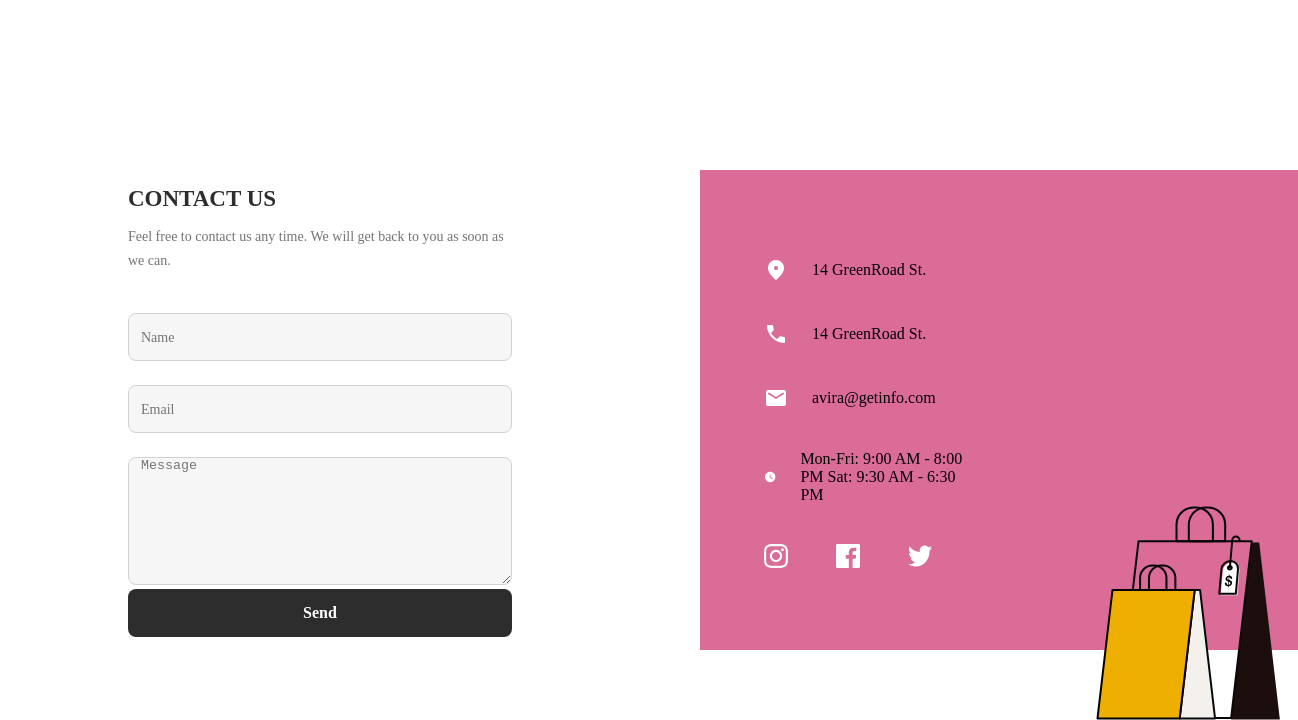
Repository: MehdiKerimov/figma-task-27
Page: pages/contactPage/index.html
The author's editor kept a copy of each file at every save. The page is drawn from the files as they stood at one save, then again after a run of saves.
The browser window is 1280 px wide. The page is 1298 px wide, so the pictures cover 1298 px, including what lies to the right of the window. The pictures show the whole page.
The style sheet was rebuilt from its Sass, Less or Tailwind sources for each picture, by a compiler version that may differ from the author's.

Above is the page before, as saved 2024-02-25 16:40:20.

### pages/contactPage/index.html
<!DOCTYPE html>
<html lang="en">
  <head>
    <meta charset="UTF-8" />
    <meta name="viewport" content="width=device-width, initial-scale=1.0" />
    <title>Document</title>
    <link rel="stylesheet" href="../../css/reset.css" />
    <link rel="stylesheet" href="index.css" />
  </head>
  <body>
    <div class="container">
      <div class="left-container">
        <form action="">
          <h1>CONTACT US</h1>
          <p>
            Feel free to contact us any time. We will get back to you as soon as
            we can.
          </p>
          <label for="">
            <input type="text" placeholder="Name" />
          </label>
          <label for="">
            <input type="email" placeholder="Email" />
          </label>
          <label for="">
<textarea name="" id="" placeholder="Message"></textarea>          </label>

          <button>Send</button>
        </form>
      </div>

      <div class="right-container">
        <ul>
          <li>
            <svg
              xmlns="http://www.w3.org/2000/svg"
              width="24"
              height="24"
              viewBox="0 0 24 24"
              fill="none"
            >
              <path
                d="M12 12C12.55 12 13.021 11.804 13.413 11.412C13.8043 11.0207 14 10.55 14 10C14 9.45 13.8043 8.979 13.413 8.587C13.021 8.19567 12.55 8 12 8C11.45 8 10.9793 8.19567 10.588 8.587C10.196 8.979 10 9.45 10 10C10 10.55 10.196 11.0207 10.588 11.412C10.9793 11.804 11.45 12 12 12ZM12 22C9.31667 19.7167 7.31267 17.5957 5.988 15.637C4.66267 13.679 4 11.8667 4 10.2C4 7.7 4.80433 5.70833 6.413 4.225C8.021 2.74167 9.88333 2 12 2C14.1167 2 15.979 2.74167 17.587 4.225C19.1957 5.70833 20 7.7 20 10.2C20 11.8667 19.3377 13.679 18.013 15.637C16.6877 17.5957 14.6833 19.7167 12 22Z"
                fill="white"
              />
            </svg>
            <p>14 GreenRoad St.</p>
          </li>
          <li>
            <svg
              xmlns="http://www.w3.org/2000/svg"
              width="24"
              height="24"
              viewBox="0 0 24 24"
              fill="none"
            >
              <path
                d="M19.95 21C17.8 21 15.7043 20.5207 13.663 19.562C11.621 18.604 9.81267 17.3373 8.238 15.762C6.66267 14.1873 5.396 12.379 4.438 10.337C3.47933 8.29567 3 6.2 3 4.05C3 3.75 3.1 3.5 3.3 3.3C3.5 3.1 3.75 3 4.05 3H8.1C8.33333 3 8.54167 3.075 8.725 3.225C8.90833 3.375 9.01667 3.56667 9.05 3.8L9.7 7.3C9.73333 7.53333 9.72933 7.74567 9.688 7.937C9.646 8.129 9.55 8.3 9.4 8.45L7 10.9C7.7 12.1 8.575 13.225 9.625 14.275C10.675 15.325 11.8333 16.2333 13.1 17L15.45 14.65C15.6 14.5 15.796 14.3873 16.038 14.312C16.2793 14.2373 16.5167 14.2167 16.75 14.25L20.2 14.95C20.4333 15 20.625 15.1123 20.775 15.287C20.925 15.4623 21 15.6667 21 15.9V19.95C21 20.25 20.9 20.5 20.7 20.7C20.5 20.9 20.25 21 19.95 21Z"
                fill="white"
              />
            </svg>
            <p>14 GreenRoad St.</p>
          </li>
          <li>
            <svg
              xmlns="http://www.w3.org/2000/svg"
              width="24"
              height="24"
              viewBox="0 0 24 24"
              fill="none"
            >
              <path
                d="M4 20C3.45 20 2.97933 19.8043 2.588 19.413C2.196 19.021 2 18.55 2 18V6C2 5.45 2.196 4.97933 2.588 4.588C2.97933 4.196 3.45 4 4 4H20C20.55 4 21.021 4.196 21.413 4.588C21.8043 4.97933 22 5.45 22 6V18C22 18.55 21.8043 19.021 21.413 19.413C21.021 19.8043 20.55 20 20 20H4ZM12 12.825C12.0833 12.825 12.1707 12.8123 12.262 12.787C12.354 12.7623 12.4417 12.725 12.525 12.675L19.6 8.25C19.7333 8.16667 19.8333 8.06267 19.9 7.938C19.9667 7.81267 20 7.675 20 7.525C20 7.19167 19.8583 6.94167 19.575 6.775C19.2917 6.60833 19 6.61667 18.7 6.8L12 11L5.3 6.8C5 6.61667 4.70833 6.61233 4.425 6.787C4.14167 6.96233 4 7.20833 4 7.525C4 7.69167 4.03333 7.83733 4.1 7.962C4.16667 8.08733 4.26667 8.18333 4.4 8.25L11.475 12.675C11.5583 12.725 11.646 12.7623 11.738 12.787C11.8293 12.8123 11.9167 12.825 12 12.825Z"
                fill="white"
              />
            </svg>
            <p>avira@getinfo.com</p>
          </li>
          <li>
            <svg
              xmlns="http://www.w3.org/2000/svg"
              width="24"
              height="24"
              viewBox="0 0 24 24"
              fill="none"
            >
              <path
                d="M12 2C10.6868 2 9.38642 2.25866 8.17317 2.7612C6.95991 3.26375 5.85752 4.00035 4.92893 4.92893C3.05357 6.8043 2 9.34784 2 12C2 14.6522 3.05357 17.1957 4.92893 19.0711C5.85752 19.9997 6.95991 20.7362 8.17317 21.2388C9.38642 21.7413 10.6868 22 12 22C14.6522 22 17.1957 20.9464 19.0711 19.0711C20.9464 17.1957 22 14.6522 22 12C22 10.6868 21.7413 9.38642 21.2388 8.17317C20.7362 6.95991 19.9997 5.85752 19.0711 4.92893C18.1425 4.00035 17.0401 3.26375 15.8268 2.7612C14.6136 2.25866 13.3132 2 12 2ZM16.2 16.2L11 13V7H12.5V12.2L17 14.9L16.2 16.2Z"
                fill="white"
              />
            </svg>
            <p>Mon-Fri: 9:00 AM - 8:00 PM Sat: 9:30 AM - 6:30 PM</p>
          </li>
        </ul>
        <div class="a-1">
          <a href="https://www.instagram.com/"
            ><svg
              xmlns="http://www.w3.org/2000/svg"
              width="24"
              height="24"
              viewBox="0 0 24 24"
              fill="none"
            >
              <g clip-path="url(#clip0_127_79)">
                <path
                  fill-rule="evenodd"
                  clip-rule="evenodd"
                  d="M7.05273 0.072C8.33236 0.0130909 8.74036 0 12 0C15.2596 0 15.6676 0.0141818 16.9462 0.072C18.2247 0.129818 19.0975 0.333818 19.8611 0.629455C20.6607 0.931636 21.3862 1.404 21.9862 2.01491C22.5971 2.61382 23.0684 3.33818 23.3695 4.13891C23.6662 4.90255 23.8691 5.77527 23.928 7.05164C23.9869 8.33346 24 8.74146 24 12C24 15.2596 23.9858 15.6676 23.928 16.9473C23.8702 18.2236 23.6662 19.0964 23.3695 19.86C23.0684 20.6608 22.5963 21.3864 21.9862 21.9862C21.3862 22.5971 20.6607 23.0684 19.8611 23.3695C19.0975 23.6662 18.2247 23.8691 16.9484 23.928C15.6676 23.9869 15.2596 24 12 24C8.74036 24 8.33236 23.9858 7.05273 23.928C5.77636 23.8702 4.90364 23.6662 4.14 23.3695C3.33919 23.0683 2.61362 22.5963 2.01382 21.9862C1.40332 21.3869 0.930889 20.6617 0.629455 19.8611C0.333818 19.0975 0.130909 18.2247 0.072 16.9484C0.0130909 15.6665 0 15.2585 0 12C0 8.74036 0.0141818 8.33236 0.072 7.05382C0.129818 5.77527 0.333818 4.90255 0.629455 4.13891C0.931334 3.33827 1.40413 2.61307 2.01491 2.01382C2.61386 1.40346 3.3387 0.931029 4.13891 0.629455C4.90255 0.333818 5.77527 0.130909 7.05164 0.072H7.05273ZM16.8491 2.232C15.5836 2.17418 15.204 2.16218 12 2.16218C8.796 2.16218 8.41636 2.17418 7.15091 2.232C5.98036 2.28545 5.34545 2.48073 4.92218 2.64545C4.36255 2.86364 3.96218 3.12218 3.54218 3.54218C3.14405 3.92951 2.83765 4.40104 2.64545 4.92218C2.48073 5.34545 2.28545 5.98036 2.232 7.15091C2.17418 8.41636 2.16218 8.796 2.16218 12C2.16218 15.204 2.17418 15.5836 2.232 16.8491C2.28545 18.0196 2.48073 18.6545 2.64545 19.0778C2.83745 19.5982 3.144 20.0705 3.54218 20.4578C3.92945 20.856 4.40182 21.1625 4.92218 21.3545C5.34545 21.5193 5.98036 21.7145 7.15091 21.768C8.41636 21.8258 8.79491 21.8378 12 21.8378C15.2051 21.8378 15.5836 21.8258 16.8491 21.768C18.0196 21.7145 18.6545 21.5193 19.0778 21.3545C19.6375 21.1364 20.0378 20.8778 20.4578 20.4578C20.856 20.0705 21.1625 19.5982 21.3545 19.0778C21.5193 18.6545 21.7145 18.0196 21.768 16.8491C21.8258 15.5836 21.8378 15.204 21.8378 12C21.8378 8.796 21.8258 8.41636 21.768 7.15091C21.7145 5.98036 21.5193 5.34545 21.3545 4.92218C21.1364 4.36255 20.8778 3.96218 20.4578 3.54218C20.0705 3.14408 19.5989 2.83768 19.0778 2.64545C18.6545 2.48073 18.0196 2.28545 16.8491 2.232ZM10.4673 15.6993C11.3233 16.0556 12.2764 16.1037 13.1639 15.8353C14.0514 15.567 14.8182 14.9988 15.3334 14.2279C15.8485 13.457 16.0801 12.5311 15.9884 11.6085C15.8968 10.6858 15.4876 9.82361 14.8309 9.16909C14.4123 8.7507 13.906 8.43034 13.3487 8.23107C12.7914 8.0318 12.1968 7.95858 11.6078 8.01667C11.0188 8.07477 10.45 8.26274 9.94233 8.56705C9.43468 8.87136 9.00081 9.28445 8.67197 9.77657C8.34312 10.2687 8.12748 10.8276 8.04056 11.413C7.95365 11.9985 7.99762 12.596 8.16932 13.1624C8.34101 13.7288 8.63616 14.2501 9.03351 14.6888C9.43087 15.1275 9.92054 15.4726 10.4673 15.6993ZM7.63855 7.63855C8.2113 7.06579 8.89126 6.61146 9.6396 6.30149C10.3879 5.99151 11.19 5.83197 12 5.83197C12.81 5.83197 13.6121 5.99151 14.3604 6.30149C15.1087 6.61146 15.7887 7.06579 16.3615 7.63855C16.9342 8.2113 17.3885 8.89126 17.6985 9.6396C18.0085 10.3879 18.168 11.19 18.168 12C18.168 12.81 18.0085 13.6121 17.6985 14.3604C17.3885 15.1087 16.9342 15.7887 16.3615 16.3615C15.2047 17.5182 13.6359 18.168 12 18.168C10.3641 18.168 8.79528 17.5182 7.63855 16.3615C6.48182 15.2047 5.83197 13.6359 5.83197 12C5.83197 10.3641 6.48182 8.79528 7.63855 7.63855ZM19.536 6.75055C19.6779 6.61666 19.7916 6.45565 19.8701 6.27706C19.9487 6.09847 19.9907 5.90593 19.9935 5.71083C19.9964 5.51574 19.9601 5.32205 19.8867 5.14125C19.8134 4.96044 19.7045 4.79619 19.5665 4.65822C19.4285 4.52026 19.2643 4.41137 19.0835 4.33802C18.9027 4.26467 18.709 4.22834 18.5139 4.23118C18.3188 4.23403 18.1263 4.27599 17.9477 4.35458C17.7691 4.43317 17.6081 4.54679 17.4742 4.68873C17.2138 4.96476 17.0712 5.33141 17.0768 5.71083C17.0823 6.09026 17.2355 6.4526 17.5038 6.72092C17.7721 6.98924 18.1345 7.14243 18.5139 7.14796C18.8933 7.15349 19.26 7.01093 19.536 6.75055Z"
                  fill="white"
                />
              </g>
              <defs>
                <clipPath id="clip0_127_79">
                  <rect width="24" height="24" fill="white" />
                </clipPath>
              </defs></svg
          ></a>
          <a href="https://www.facebook.com/"
            ><svg
              xmlns="http://www.w3.org/2000/svg"
              width="24"
              height="24"
              viewBox="0 0 24 24"
              fill="none"
            >
              <g clip-path="url(#clip0_127_89)">
                <path
                  d="M22.67 0H1.33C0.978071 0.00261668 0.641298 0.143581 0.39244 0.39244C0.143581 0.641298 0.00261668 0.978071 0 1.33V22.67C0.00261668 23.0219 0.143581 23.3587 0.39244 23.6076C0.641298 23.8564 0.978071 23.9974 1.33 24H12.82V14.72H9.7V11.09H12.82V8.42C12.82 5.32 14.71 3.63 17.49 3.63C18.42 3.63 19.35 3.63 20.28 3.77V7H18.37C16.86 7 16.57 7.72 16.57 8.77V11.08H20.17L19.7 14.71H16.57V24H22.67C23.0219 23.9974 23.3587 23.8564 23.6076 23.6076C23.8564 23.3587 23.9974 23.0219 24 22.67V1.33C23.9974 0.978071 23.8564 0.641298 23.6076 0.39244C23.3587 0.143581 23.0219 0.00261668 22.67 0Z"
                  fill="white"
                />
              </g>
              <defs>
                <clipPath id="clip0_127_89">
                  <rect width="24" height="24" fill="white" />
                </clipPath>
              </defs></svg
          ></a>
          <a href="https://twitter.com/i/flow/login"
            ><svg
              xmlns="http://www.w3.org/2000/svg"
              width="24"
              height="22"
              viewBox="0 0 24 22"
              fill="none"
            >
              <path
                d="M24 2.99454C23.1174 3.4046 22.157 3.69972 21.1676 3.81466C22.1948 3.15743 22.9639 2.11912 23.3308 0.894539C22.367 1.51208 21.3111 1.94511 20.2101 2.17442C19.7499 1.64453 19.1933 1.2224 18.575 0.934326C17.9567 0.646252 17.2899 0.49841 16.6163 0.500013C13.8906 0.500013 11.6986 2.8796 11.6986 5.79971C11.6986 6.20977 11.7447 6.61983 11.8197 7.01436C7.73849 6.78448 4.09855 4.68448 1.67864 1.46924C1.23771 2.2804 1.00665 3.204 1.00949 4.14394C1.00949 5.983 1.87766 7.60459 3.20154 8.55829C2.42136 8.5252 1.65944 8.29423 0.977767 7.88418V7.94942C0.977767 10.5247 2.66795 12.6589 4.92056 13.1497C4.49761 13.268 4.06251 13.3286 3.62553 13.3299C3.30537 13.3299 3.00252 13.2957 2.69679 13.2491C3.31979 15.3491 5.134 16.8744 7.29432 16.9241C5.60413 18.35 3.48708 19.1888 1.18832 19.1888C0.775868 19.1888 0.395145 19.1732 0 19.1235C2.18051 20.6302 4.7677 21.5 7.5539 21.5C16.599 21.5 21.5484 13.4293 21.5484 6.42412C21.5484 6.19424 21.5484 5.96436 21.534 5.73448C22.4915 4.9796 23.3308 4.04454 24 2.99454Z"
                fill="white"
              /></svg
          ></a>
        </div>
      </div>
      <svg class="bottom-img" xmlns="http://www.w3.org/2000/svg" width="184" height="214" viewBox="0 0 184 214" fill="none">
        <path d="M97.5006 1.49594H99.9113C104.417 1.49594 108.738 3.29997 111.924 6.51116C115.11 9.72234 116.899 14.0777 116.899 18.619V35.15H80.5126V18.619C80.5126 14.0777 82.3024 9.72234 85.4882 6.51116C88.6741 3.29997 92.9951 1.49594 97.5006 1.49594V1.49594Z" stroke="#070707" stroke-width="2" stroke-linecap="round" stroke-linejoin="round"/>
        <path d="M109.777 1.49594H112.191C116.696 1.49594 121.017 3.29997 124.203 6.51116C127.389 9.72234 129.179 14.0777 129.179 18.619V35.15H92.7894V18.619C92.7894 16.3703 93.2288 14.1437 94.0825 12.0663C94.9362 9.9888 96.1876 8.10118 97.765 6.51116C99.3425 4.92114 101.215 3.65987 103.276 2.79935C105.337 1.93884 107.547 1.49594 109.777 1.49594Z" stroke="#070707" stroke-width="2" stroke-linecap="round" stroke-linejoin="round"/>
        <path d="M183.862 213.541H135.124L155.784 36.5874H163.198L183.862 213.541Z" fill="#1C0E0C"/>
        <path d="M155.784 35.1474L135.124 212.101H21.8649L42.528 35.1474H155.784Z" stroke="#070707" stroke-width="2" stroke-linecap="round" stroke-linejoin="round"/>
        <path d="M141.33 89.1713H124.739L126.853 64.8154C127.253 60.1986 131.292 56.4556 135.872 56.4556C140.455 56.4556 143.843 60.1986 143.443 64.8154L141.33 89.1713Z" fill="white"/>
        <path d="M139.871 87.7004H123.28L125.393 63.3446C125.796 58.7278 129.833 54.9847 134.416 54.9847C138.996 54.9847 142.387 58.7278 141.984 63.3446L139.871 87.7004Z" stroke="#070707" stroke-width="2" stroke-linecap="round" stroke-linejoin="round"/>
        <path d="M135.004 63.0278C135.75 62.3083 135.824 61.1666 135.17 60.4779C134.516 59.7892 133.381 59.8141 132.636 60.5337C131.89 61.2532 131.816 62.3948 132.47 63.0836C133.124 63.7723 134.259 63.7473 135.004 63.0278Z" stroke="#070707" stroke-width="2" stroke-linecap="round" stroke-linejoin="round"/>
        <path d="M133.882 61.5299L136.247 33.8885C136.326 32.9656 136.746 32.1062 137.424 31.4803C138.102 30.8543 138.987 30.5071 139.907 30.5074C140.881 30.5074 141.817 30.8975 142.506 31.5922C143.196 32.2868 143.584 33.229 143.584 34.2117" stroke="#070707" stroke-width="2" stroke-linecap="round" stroke-linejoin="round"/>
        <path d="M132.787 78.9011C133.209 78.8336 133.601 78.6379 133.91 78.3402C134.177 78.0774 134.342 77.7271 134.375 77.3527C134.402 77.1853 134.39 77.0139 134.34 76.8519C134.291 76.6899 134.204 76.5418 134.087 76.4195C133.79 76.1599 133.44 75.9685 133.062 75.8586L132.195 75.5923C131.679 75.4544 131.178 75.262 130.702 75.0184C130.313 74.8151 129.991 74.5027 129.774 74.1188C129.536 73.6579 129.447 73.134 129.517 72.6196C129.563 71.8705 129.895 71.1684 130.443 70.6601C131.075 70.1167 131.87 69.8043 132.7 69.7735H133.574C134.001 69.8081 134.419 69.9111 134.813 70.0785C135.154 70.2317 135.449 70.4702 135.672 70.7713C135.849 70.9907 135.99 71.2378 136.088 71.5028C136.175 71.7209 136.213 71.9558 136.198 72.1904C136.171 72.4227 136.061 72.6371 135.889 72.794C135.717 72.9508 135.494 73.0395 135.262 73.0435C134.811 73.0435 134.54 72.7979 134.452 72.3068C134.414 72.0382 134.3 71.7865 134.123 71.5819C133.947 71.3773 133.715 71.2286 133.457 71.1539L132.582 71.1254C132.241 71.214 131.921 71.3705 131.641 71.5856C131.518 71.6931 131.42 71.8252 131.351 71.9734C131.282 72.1216 131.244 72.2827 131.241 72.4464C131.216 72.5935 131.223 72.7444 131.264 72.888C131.304 73.0316 131.376 73.1642 131.474 73.2761C131.727 73.5083 132.026 73.6844 132.351 73.7931L133.205 74.0516C133.759 74.2093 134.203 74.3515 134.529 74.4808C134.849 74.6087 135.14 74.8004 135.385 75.0443C135.648 75.2975 135.846 75.6104 135.965 75.9568C136.09 76.3306 136.134 76.7275 136.093 77.12C136.049 77.6476 135.879 78.1567 135.598 78.6038C135.302 79.0734 134.895 79.4616 134.413 79.7335C133.876 80.0337 133.28 80.2103 132.667 80.2505H131.79C131.313 80.2063 130.847 80.0777 130.415 79.8705C130.055 79.6952 129.734 79.4481 129.471 79.1441C129.244 78.8795 129.07 78.5732 128.958 78.2419C128.86 77.9459 128.821 77.6329 128.845 77.3217C128.877 77.0827 128.994 76.8633 129.173 76.7038C129.353 76.5443 129.583 76.4553 129.822 76.4531C130.004 76.4462 130.184 76.4969 130.335 76.5979C130.469 76.6977 130.56 76.8444 130.592 77.0089C130.662 77.3037 130.747 77.5945 130.848 77.88C130.929 78.0901 131.055 78.2791 131.218 78.4332C131.42 78.6154 131.663 78.7457 131.925 78.8132L132.787 78.9011Z" fill="#070707"/>
        <path d="M132.149 81.3025H132.118C132.07 81.2986 132.023 81.2852 131.98 81.2631C131.938 81.2409 131.9 81.2105 131.869 81.1734C131.838 81.1364 131.814 81.0936 131.8 81.0475C131.785 81.0013 131.78 80.9527 131.784 80.9044L132.831 68.8713C132.839 68.7743 132.885 68.6845 132.959 68.6217C133.033 68.559 133.128 68.5283 133.224 68.5365C133.321 68.5448 133.41 68.5912 133.472 68.6656C133.534 68.74 133.565 68.8363 133.557 68.9333L132.513 80.9665C132.504 81.0582 132.462 81.1434 132.395 81.2055C132.328 81.2677 132.24 81.3023 132.149 81.3025Z" fill="#070707"/>
        <path d="M56.3873 59.5808H58.1363C61.4053 59.5808 64.5403 60.8897 66.8518 63.2196C69.1633 65.5494 70.4619 68.7094 70.4619 72.0043V83.9987H44.0617V72.0043C44.0617 68.7094 45.3603 65.5494 47.6718 63.2196C49.9833 60.8897 53.1183 59.5808 56.3873 59.5808V59.5808Z" stroke="#070707" stroke-width="2" stroke-linecap="round" stroke-linejoin="round"/>
        <path d="M65.2942 59.5808H67.0535C70.3202 59.5849 73.4517 60.896 75.7599 63.226C78.0682 65.556 79.3643 68.7142 79.3637 72.0069V84.0013H52.9686V72.0069C52.9683 70.3752 53.2869 68.7594 53.9061 67.2518C54.5254 65.7443 55.4332 64.3744 56.5778 63.2205C57.7224 62.0666 59.0812 61.1513 60.5768 60.5268C62.0724 59.9023 63.6754 59.5808 65.2942 59.5808V59.5808Z" stroke="#070707" stroke-width="2" stroke-linecap="round" stroke-linejoin="round"/>
        <path d="M119.049 212.395H83.685L98.6778 83.9987H104.056L119.049 212.395Z" fill="#F4F1ED" stroke="#070707" stroke-width="2" stroke-linecap="round" stroke-linejoin="round"/>
        <path d="M98.6778 83.9987L83.685 212.395H1.50702L16.4998 83.9987H98.6778Z" fill="#EFAF00" stroke="black" stroke-width="2" stroke-linecap="round" stroke-linejoin="round"/>
      </svg>
    </div>
  </body>
</html>

### css/reset.css
*{
    margin: 0;
    padding: 0;
    box-sizing: border-box;
}
button{
    background: none;
    border: none;
}

### pages/contactPage/index.scss
.container {
  display: flex;
  align-items: center;
  justify-content: space-between;
  min-height: 100vh;
  padding: 100px 0px 0px 128px;
  .left-container {
    h1 {
      color: var(--Text-Color-Primary, #2d2d2d);
      font-family: Poppins;
      font-size: 23px;
      font-style: normal;
      font-weight: 600;
      line-height: 32px;
    }
    p {
      margin-top: 10px;
      margin-bottom: 40px;
      width: 384px;
      color: var(--Text-Color-Tertiary, #737373);
      font-family: Poppins;
      font-size: 14px;
      font-style: normal;
      font-weight: 400;
      line-height: 24px;
    }
    form {
      display: flex;
      flex-direction: column;
      label {
        input {
          width: 384px;
          height: 48px;
          padding: 0 12px;
          border-radius: 8px;
          border: 1px solid var(--Neutrals-Rule, #d2d2d2);
          background: var(--Neutrals-Text-field-bg, #f6f6f6);
          margin-bottom: 24px;
          outline: none;
          &::placeholder {
            color: var(--Text-Color-Tertiary, #737373);

            /* Body/B2/Regular 14px */
            font-family: Poppins;
            font-size: 14px;
            font-style: normal;
            font-weight: 400;
            line-height: 24px; /* 171.429% */
          }
        }
        textarea {
            width: 384px;
            height: 128px;
            border-radius: 8px;
            border: 1px solid var(--Neutrals-Rule, #D2D2D2);
            background: var(--Neutrals-Text-field-bg, #F6F6F6);
            outline: none;
            padding: 0 12px;
            &::placeholder{

            }
        }
      }
      button {
        width: 384px;
        height: 48px;
        border-radius: 8px;
        background: var(--Text-Color-Primary, #2d2d2d);
        color: var(--Text-Color-Secondary, #fff);
        text-align: center;

        /* Body/B1/Semibold 16px */
        font-family: Poppins;
        font-size: 16px;
        font-style: normal;
        font-weight: 600;
        line-height: 24px; /* 150% */
      }
    }
  }
  .right-container {
    margin-left: 188px;
    width: 640px;
    height: 480px;
    padding: 88px 318px 88px 64px;

    background: var(--Text-Color-Accent, #db6b97);
    ul {
      li {
        list-style-type: none;
        display: flex;
        align-items: center;
        margin-bottom: 40px;

        svg {
          margin-right: 24px;
          width: 24px;
          height: 24px;
        }
        p {
        }
      }
    }
    .a-1 {
      display: flex;
      svg {
        width: 24px;
        height: 24px;
      }
      a {
        margin-right: 48px;
      }
    }
  }
  .bottom-img {
    position: absolute;
    bottom: 0;
    right: 0;
  }
}

After the next 2 saves:
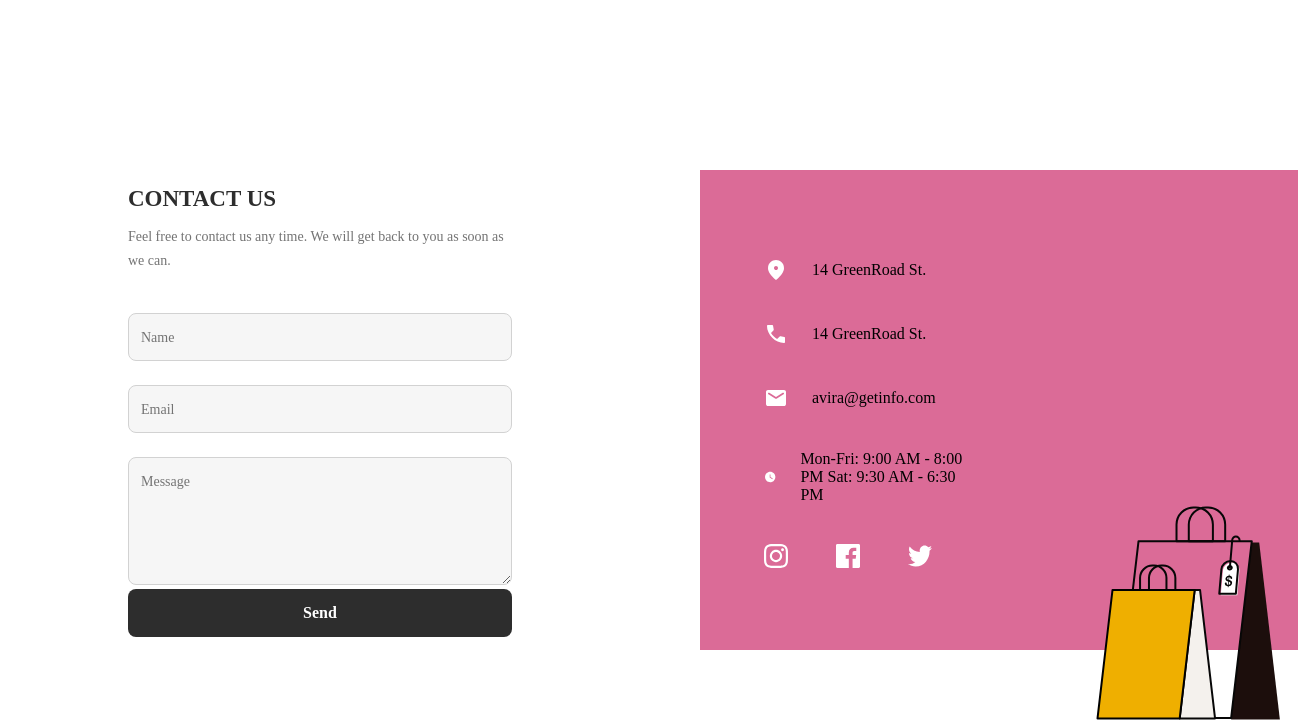
The 2 saves are shown as one change because they came seconds apart.
The last was saved 14 s later.
--- a/pages/contactPage/index.scss
+++ b/pages/contactPage/index.scss
@@ -55,9 +55,16 @@
             border: 1px solid var(--Neutrals-Rule, #D2D2D2);
             background: var(--Neutrals-Text-field-bg, #F6F6F6);
             outline: none;
-            padding: 0 12px;
+            padding: 12px;
             &::placeholder{
+                color: var(--Text-Color-Tertiary, #737373);
 
+                /* Body/B2/Regular 14px */
+                font-family: Poppins;
+                font-size: 14px;
+                font-style: normal;
+                font-weight: 400;
+                line-height: 24px; /* 171.429% */
             }
         }
       }
